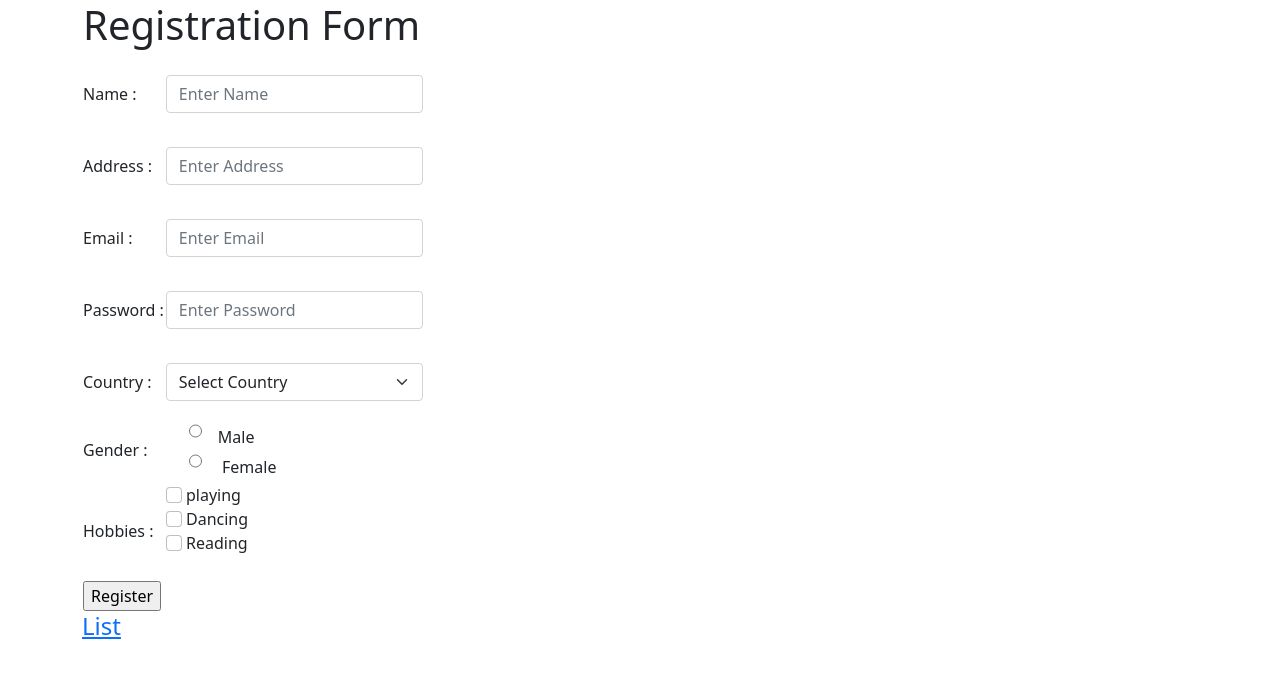
Repository: testuser85495/Java-Practical
Page: http://localhost/First_demo/
An editor plug-in stored every save of this project. The page is shown before and after the next save, followed by the edit.
The browser window is 1280 px wide. The pictures show the whole page.
The page is served by Tomcat 9.

Above is the page before, as saved 2024-07-23 13:33:42.

After the next save:
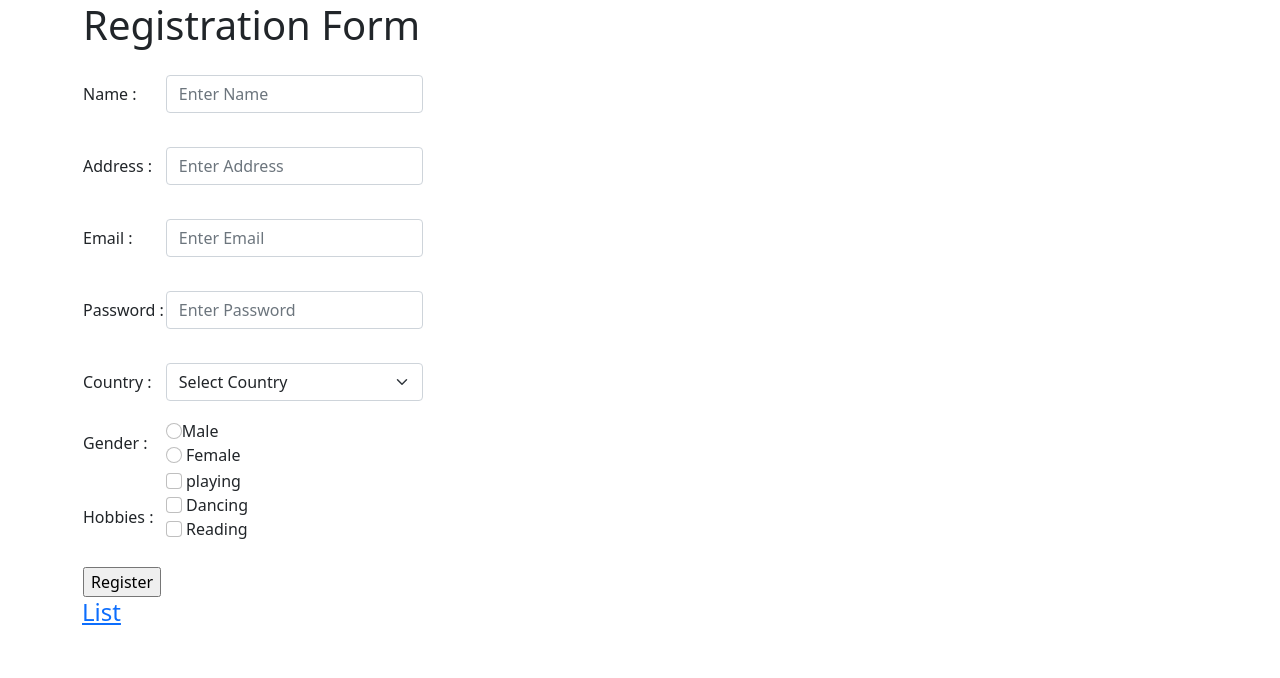
Saved 7 s later.
--- a/First_demo/src/main/webapp/index.jsp
+++ b/First_demo/src/main/webapp/index.jsp
@@ -69,9 +69,9 @@
 
 				<tr>
 					<td><label>Gender : </label></td>
-					<td class="form-check form-check-inline"><input class="form-check form-check-inline" type="radio" name="gender" value="male" class="form-check-input">Male<br>
+					<td ><input type="radio" name="gender" value="male" class="form-check-input">Male<br>
 
-						<input class="form-check form-check-inline" type="radio" name="gender" value="female" class="form-check-input">
+						<input type="radio" name="gender" value="female" class="form-check-input">
 						Female<br></td>
 				</tr>
 
